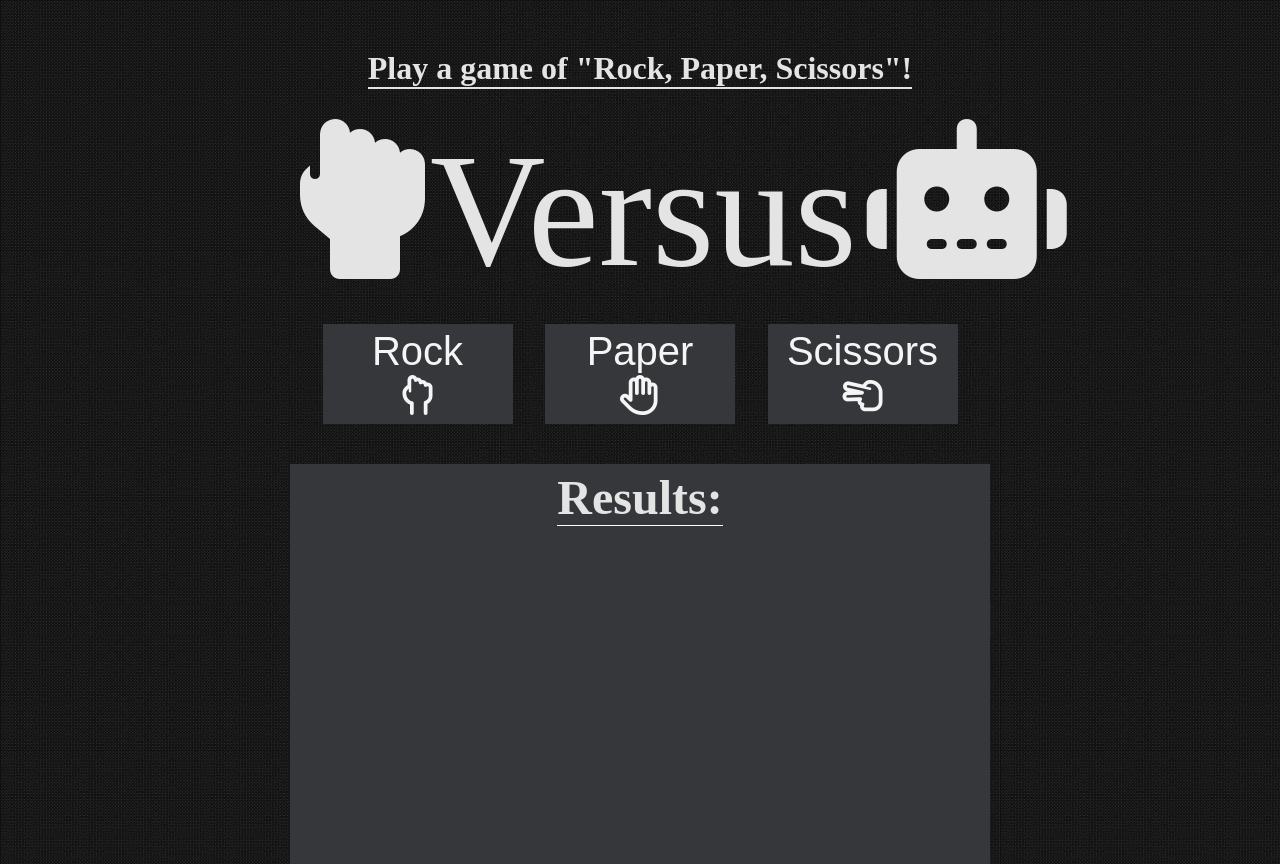
Repository: Pafestivo/rock-paper-scissors
Page: index.html
The author's editor kept a copy of each file at every save. The page is drawn from the files as they stood at one save, then again after the next save.
The browser window is 1280 px wide. The pictures show the whole page.
Some web libraries are served in a nearby version.

Above is the page before, as saved 2022-10-14 15:26:41.

After the next save:
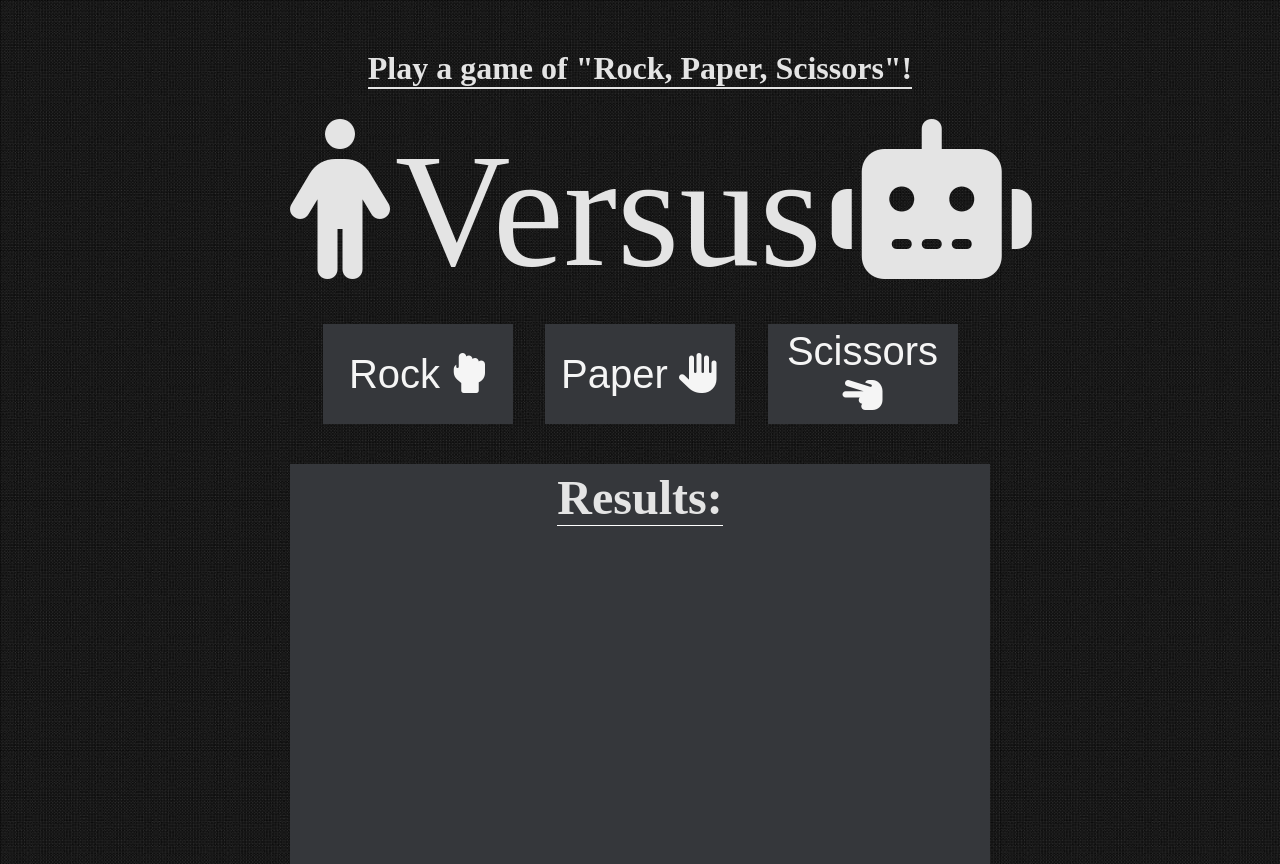
Saved 25 s later.
--- a/index.html
+++ b/index.html
@@ -14,7 +14,7 @@
     <h1>Play a game of "Rock, Paper, Scissors"!</h1>
   </header>
   <div id="versus">
-    <i class="fa-solid fa-hand-back-fist"></i>
+    <i class="fa-solid fa-person"></i>
     <p>Versus</p>
     <i class="fa-solid fa-robot"></i>
   </div>
@@ -22,15 +22,15 @@
   <div class="buttons">
     <button id="rock">
       Rock
-      <i class="fa-regular fa-hand-back-fist"></i>
+      <i class="fa-solid fa-hand-back-fist"></i>
     </button>
     <button id="paper">
       Paper
-      <i class="fa-regular fa-hand"></i>
+      <i class="fa-solid fa-hand"></i>
     </button>
     <button id="scissors">
       Scissors
-      <i class="fa-regular fa-hand-scissors"></i>
+      <i class="fa-solid fa-hand-scissors"></i>
     </button>
   </div>
 
